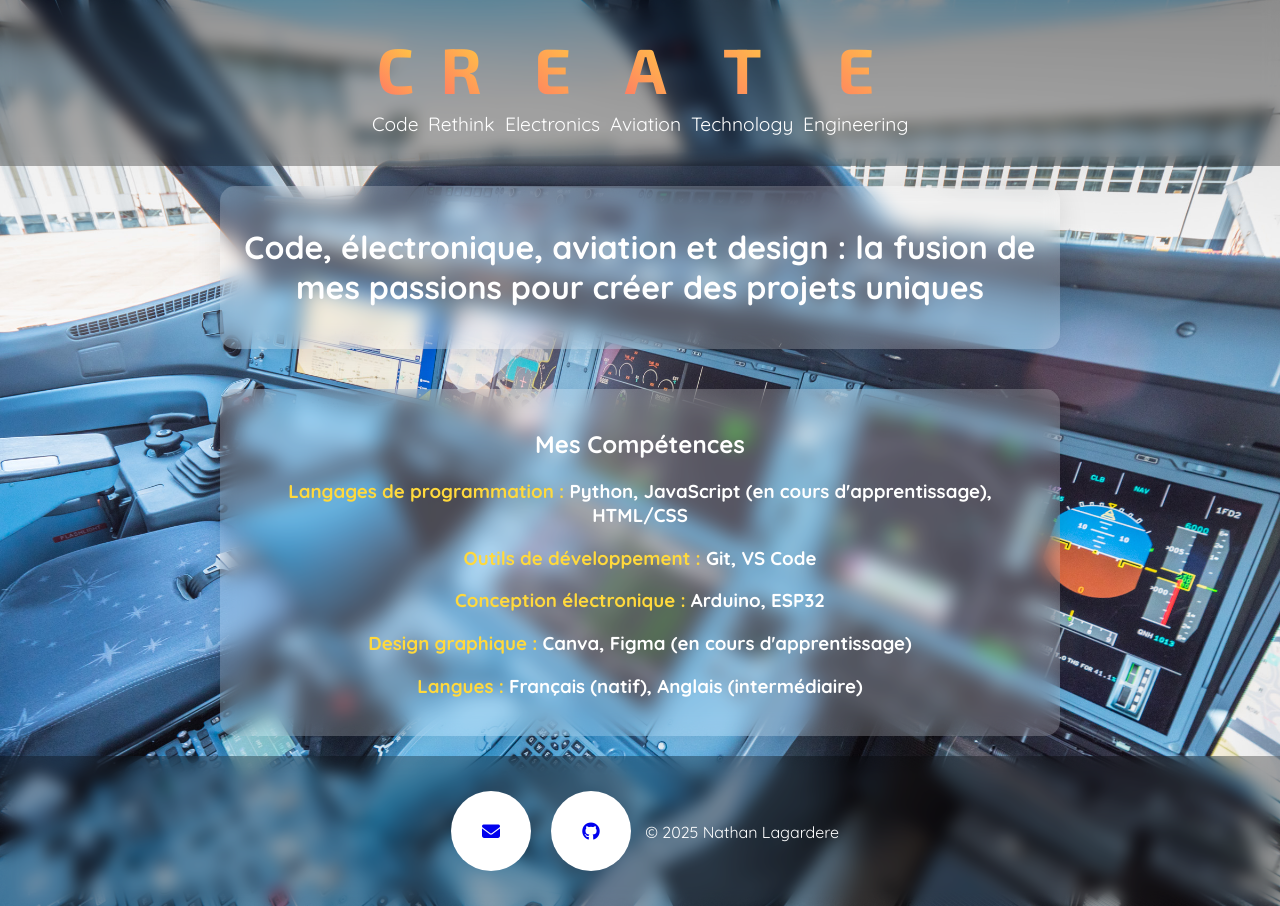
Repository: nlagardere/myportfolio
Page: index.html
The author's editor kept a copy of each file at every save. The page is drawn from the files as they stood at one save, then again after the next save.
The browser window is 1280 px wide. The pictures show the whole page.

Above is the page before, as saved 2025-09-06 10:15:13.

After the next save:
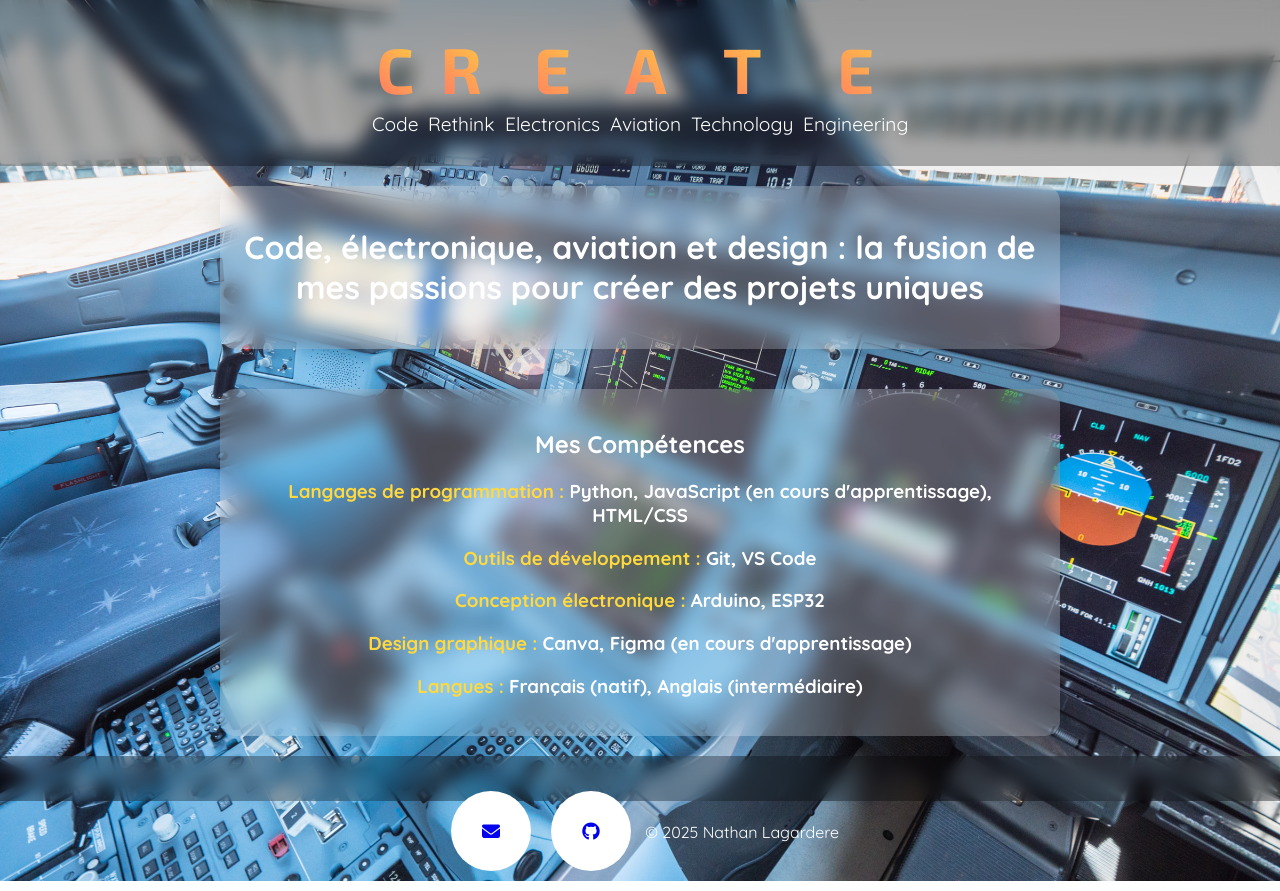
Saved 4 s later.
--- a/index.html
+++ b/index.html
@@ -181,7 +181,7 @@
       backdrop-filter: blur(8px);
       color: white;
       margin-top: auto; /* ça force le footer en bas */
-      height: ;
+      height: 15px;
     }
 
     /* ========== RESPONSIVE ========== */
